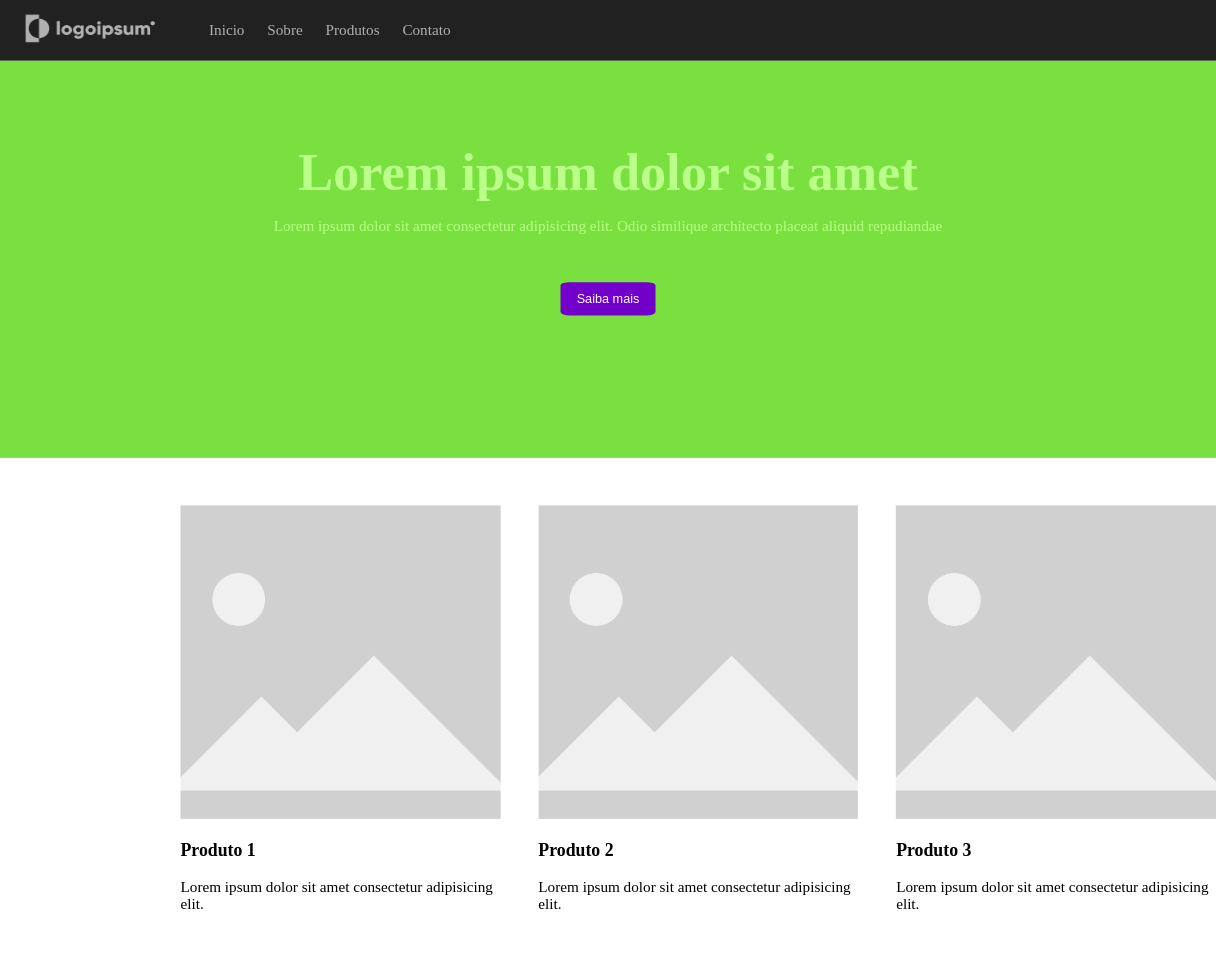
Repository: Carolden/SiteCrie_Ti
Page: index.html
The author's editor kept a copy of each file at every save. The page is drawn from the files as they stood at one save, then again after the next save.
The browser window is 1280 px wide. The pictures show the whole page, at 95% of full size.

Above is the page before, as saved 2023-04-23 21:13:03.

After the next save:
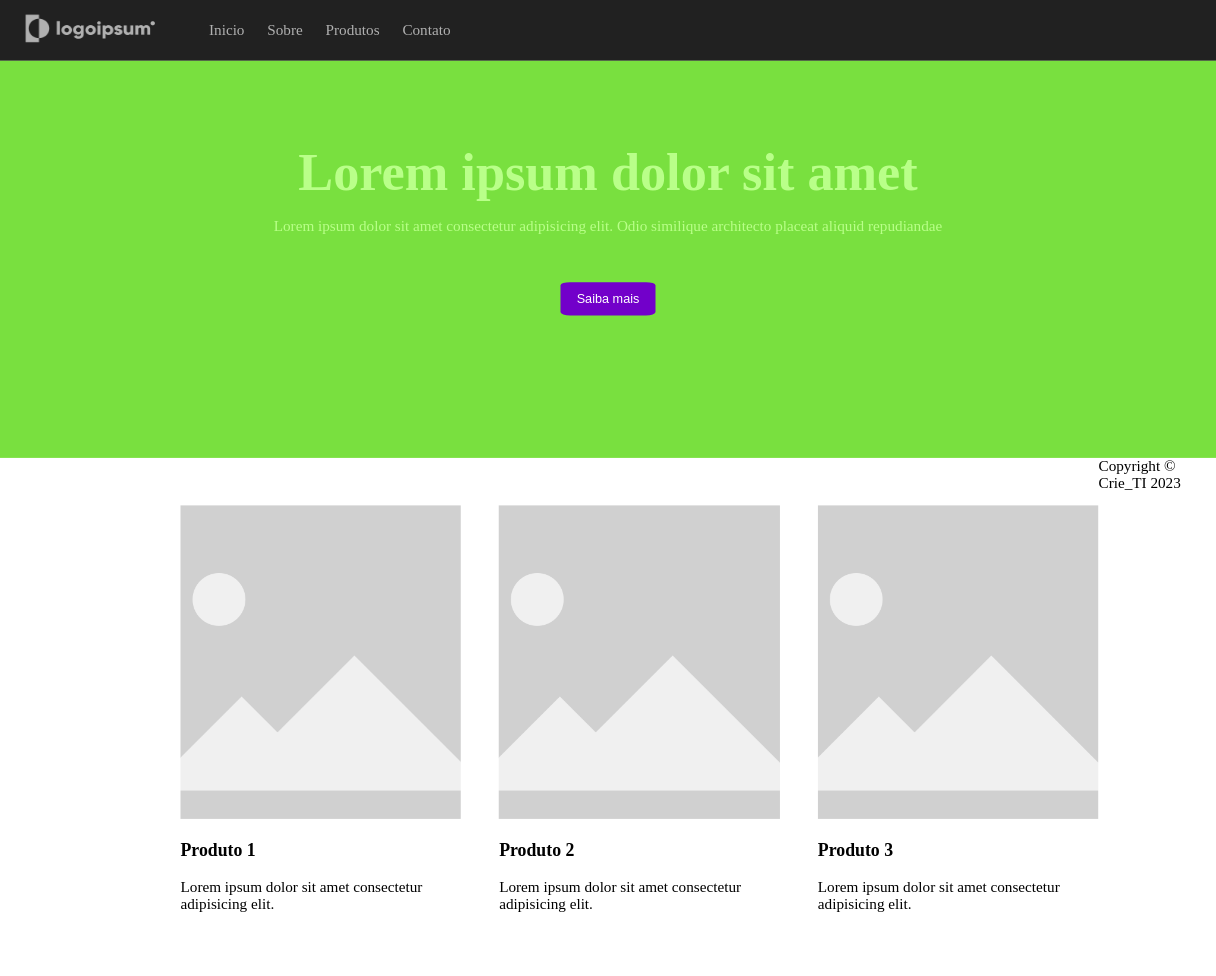
Saved 67 s later.
--- a/index.html
+++ b/index.html
@@ -49,6 +49,8 @@
                 <p>Lorem ipsum dolor sit amet consectetur adipisicing elit.</p>
             </div>
         </div>
+
+        <footer>Copyright © Crie_TI 2023</footer>
     </section>
 
 
